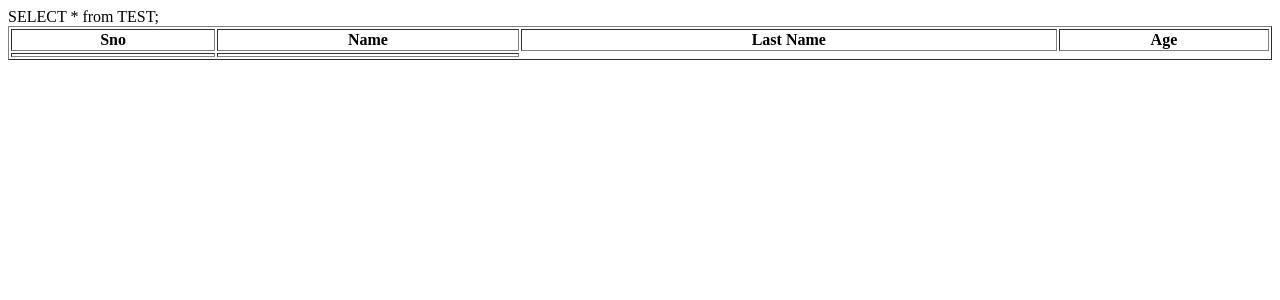
Repository: lgopalab/FoodApp
Page: http://localhost/TestWebApp1/TestJSP1.jsp
An editor plug-in stored every save of this project. The page is shown before and after the next save, followed by the edit.
The browser window is 1280 px wide. The pictures show the whole page.
The page is served by Tomcat 9.

Above is the page before, as saved 2016-02-15 18:12:46.

After the next save:
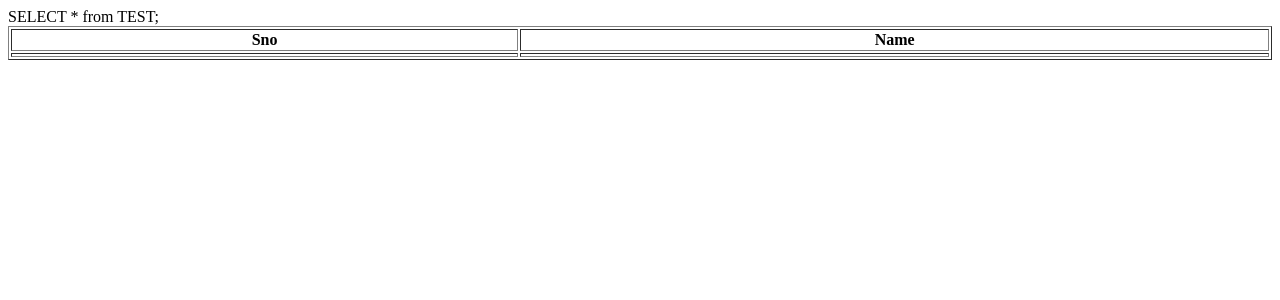
Saved 57 s later.
--- a/Eclipse workspace/JAVA/TestWebApp1/WebContent/TestJSP1.jsp
+++ b/Eclipse workspace/JAVA/TestWebApp1/WebContent/TestJSP1.jsp
@@ -18,8 +18,6 @@ SELECT * from TEST;
 <tr>
    <th>Sno</th>
    <th>Name</th>
-   <th>Last Name</th>
-   <th>Age</th>
 </tr>
 <c:forEach var="row" items="${result.rows}">
 <tr>
